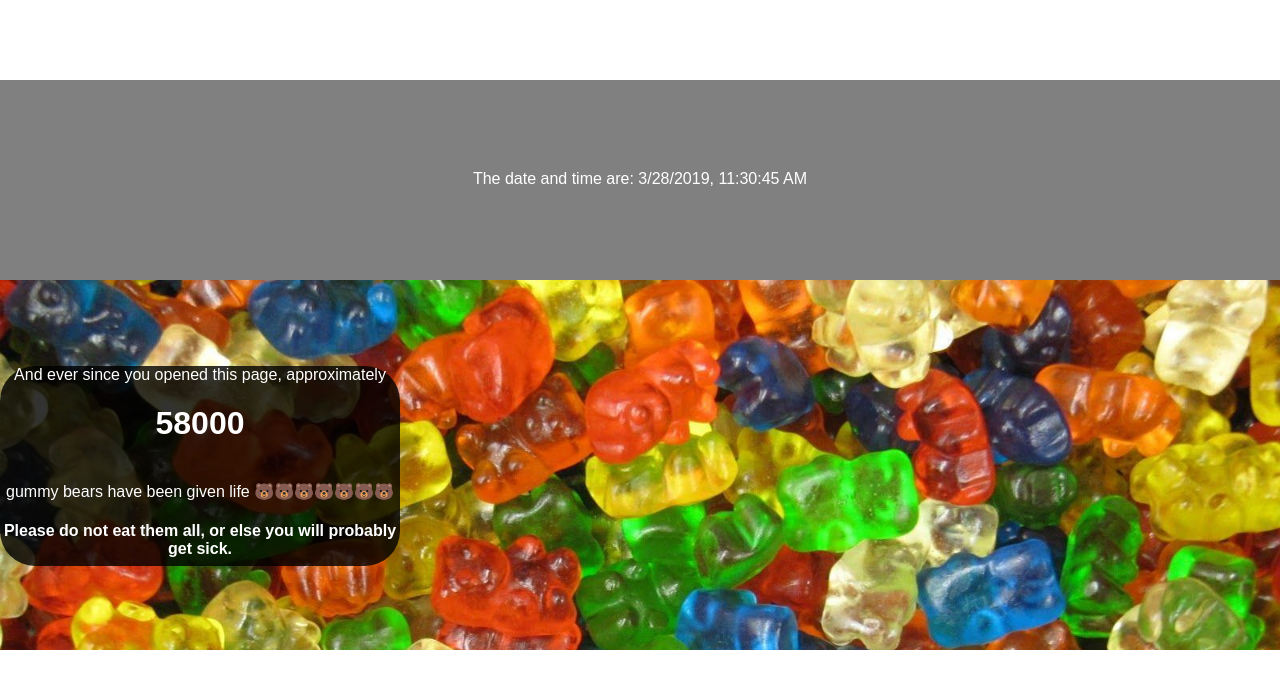
Repository: crispinonicky/gummy-facts
Page: /
The author's editor kept a copy of each file at every save. The page is drawn from the files as they stood at one save, then again after the next save.
The browser window is 1280 px wide. The pictures show the whole page.
The project was rebuilt for these pictures with package versions that can differ from the ones it lists, and the page was loaded fresh each time.

Above is the page before, as saved 2019-03-28 15:41:42.

After the next save:
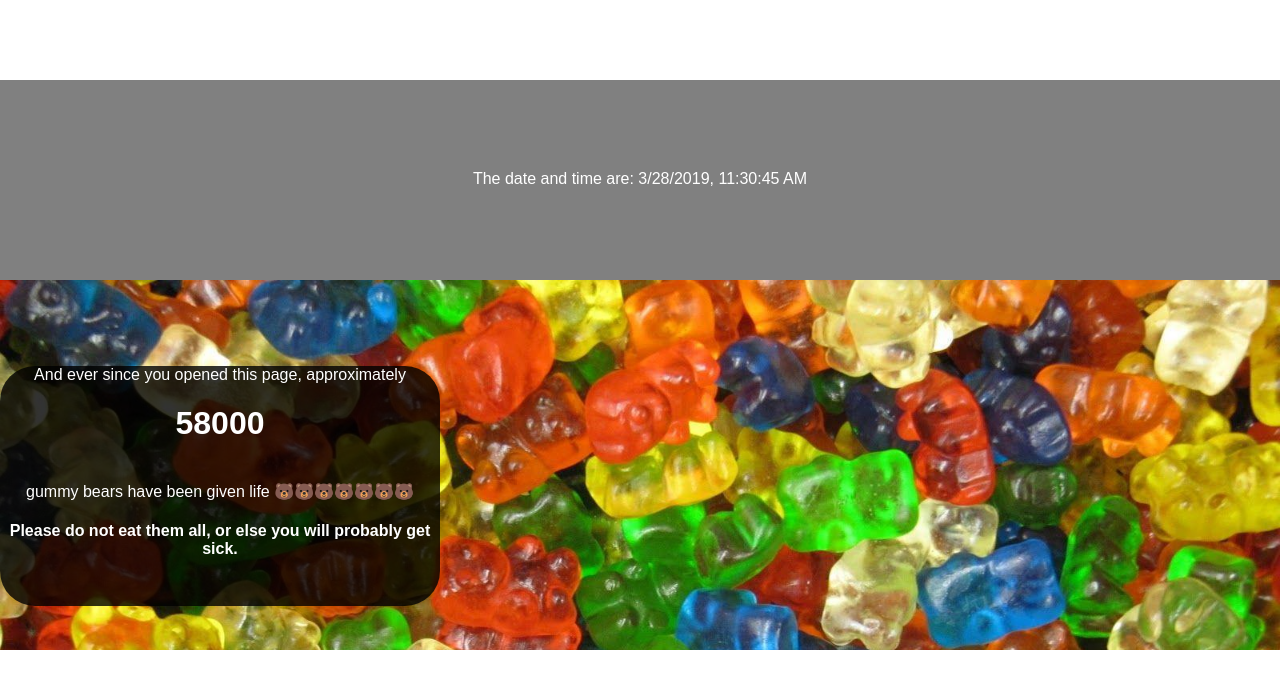
Saved 9 s later.
--- a/src/App.css
+++ b/src/App.css
@@ -26,8 +26,8 @@
 
 .gray-box{
   background-color: rgba(0, 0, 0, 0.8);
-  height: 200px;
-  width: 400px;
+  height: 240px;
+  width: 440px;
   border-radius: 35px;
 }
 
